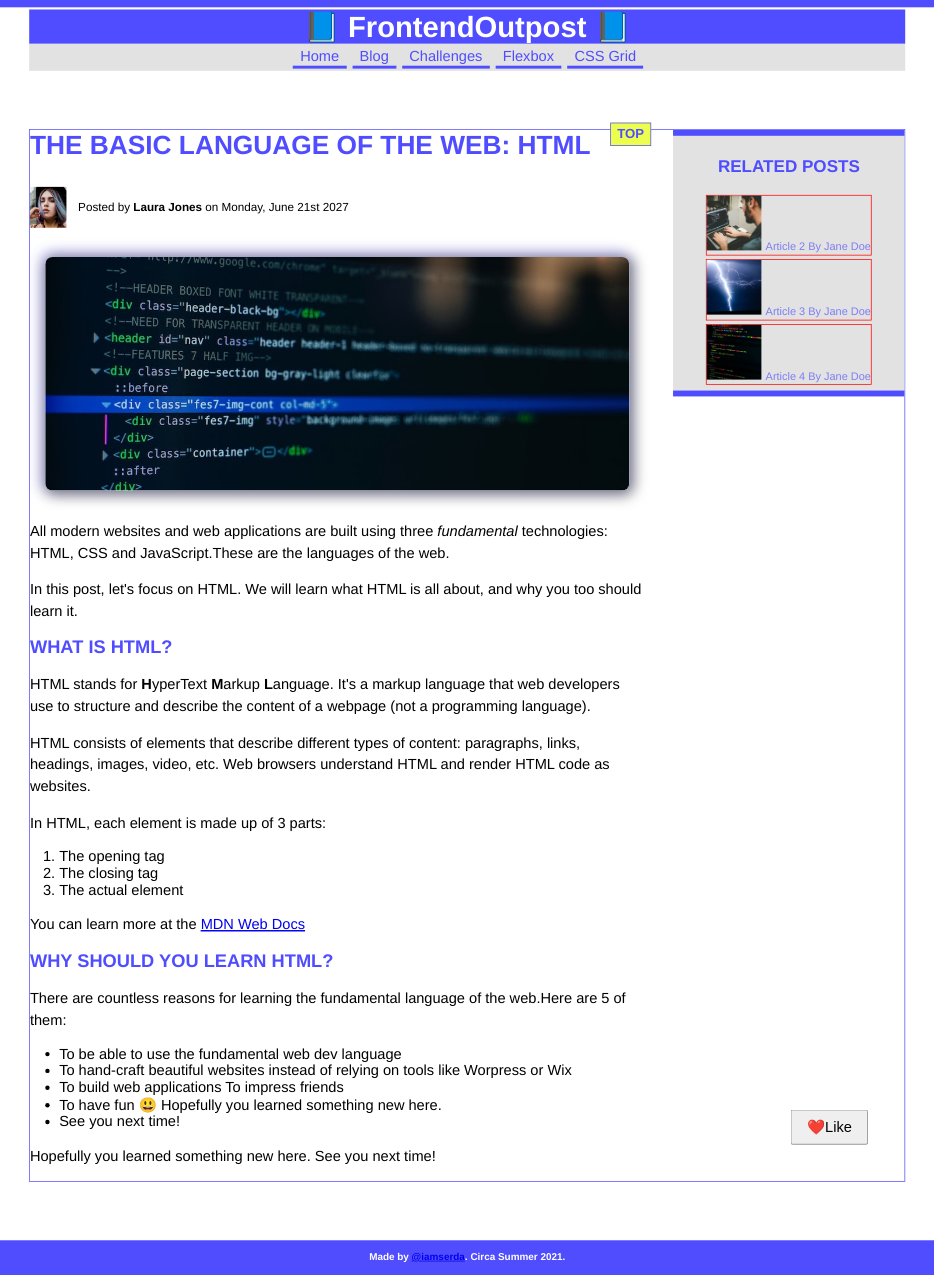
Repository: iamserda/html-css-course
Page: starter/02-HTML-Fundamentals/index.html
An editor plug-in stored every save of this project. The page is shown before and after the next save, followed by the edit.
The browser window is 1280 px wide. The pictures show the whole page, at 73% of full size.

Above is the page before, as saved 2021-07-18 17:20:44.

After the next save:
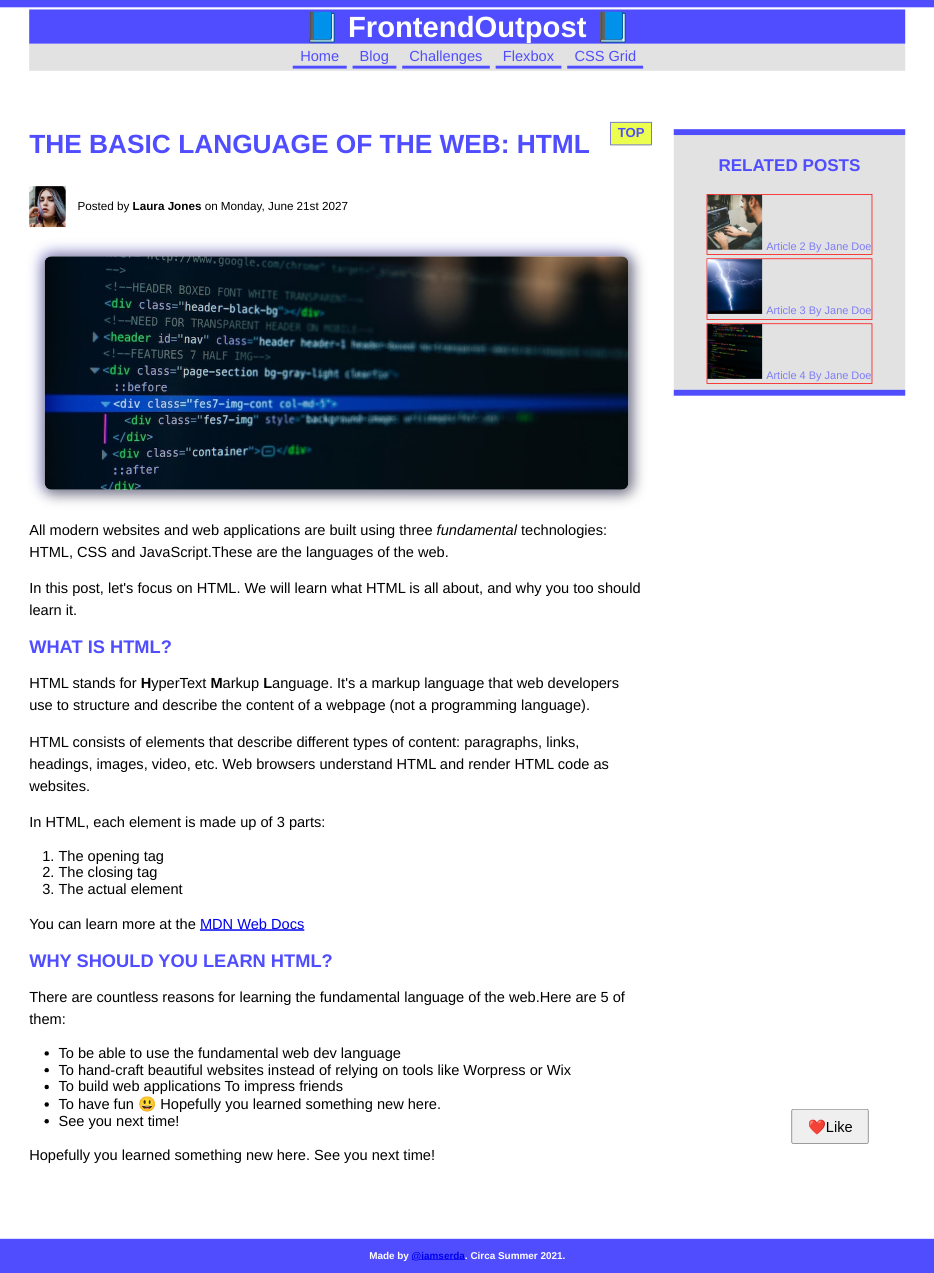
Saved 50 s later.
--- a/starter/02-HTML-Fundamentals/index.css
+++ b/starter/02-HTML-Fundamentals/index.css
@@ -30,7 +30,7 @@ main {
     max-width: 1200px;
     margin-bottom: 4em;
     position: relative;
-    border: 1px solid rgb(80, 77, 255);
+    /* border: 1px solid rgb(80, 77, 255); */
 }
 
 
